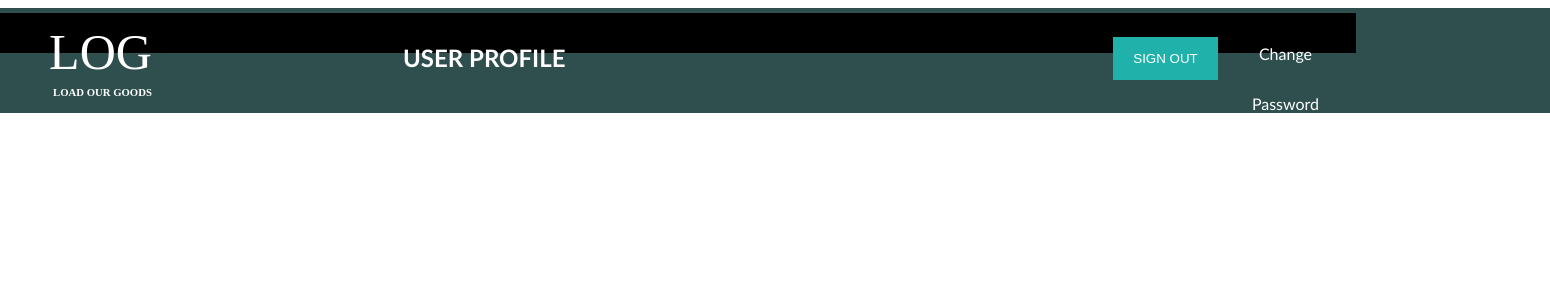
Repository: NAYAN9534/vehicle-booking-system
Page: minor/WebContent/userprofile.html
An editor plug-in stored every save of this project. The page is shown before and after the next save, followed by the edit.
The browser window is 1280 px wide. The page is 1550 px wide, then 1366 px, so the pictures cover 1550 px, including what lies to the right of the window. The pictures show the whole page.

Above is the page before, as saved 2017-05-29 04:44:17.

After the next save:
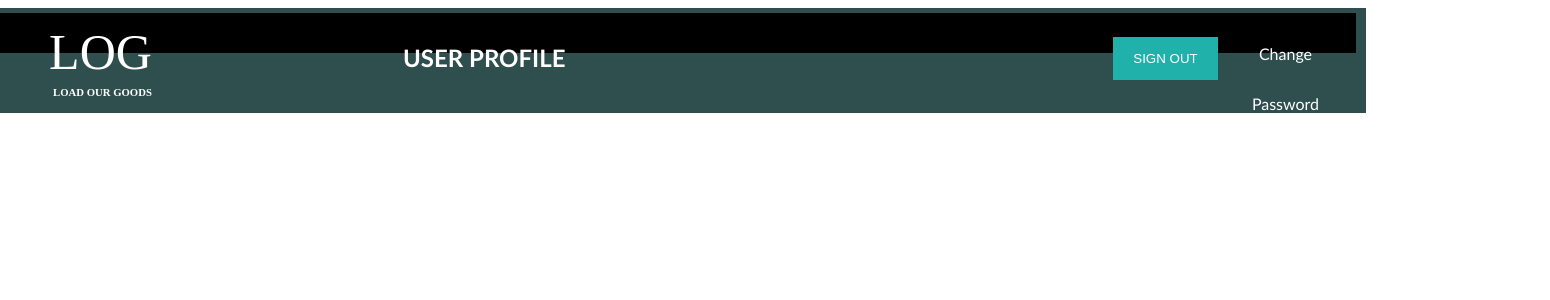
Saved 50 min 24 s later.
--- a/minor/WebContent/userprofile.html
+++ b/minor/WebContent/userprofile.html
@@ -12,7 +12,7 @@
        position:relative;
 
        height:70px;
-       width:1550px;
+       width:1366px;
        margin-left: -8px;
 
   }
